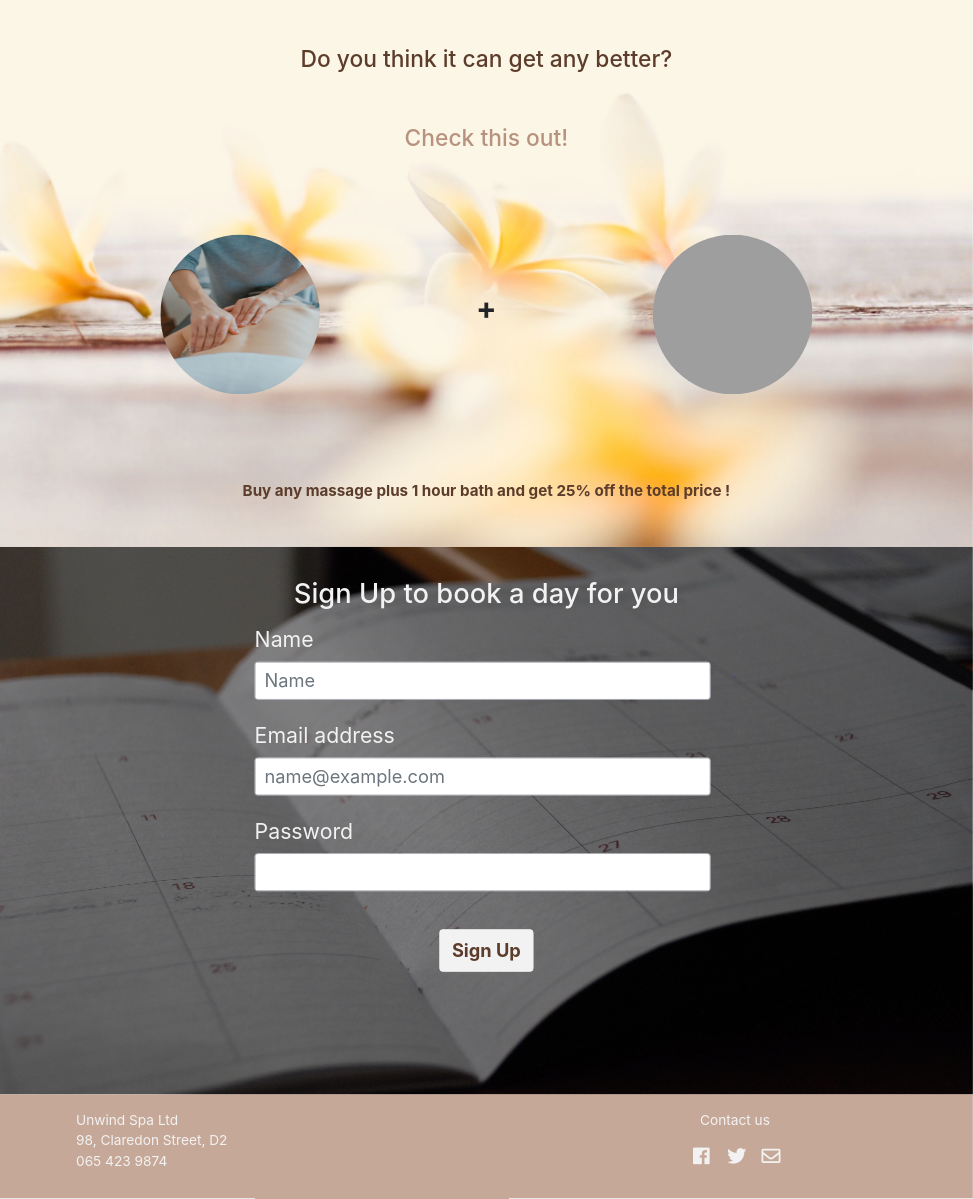
Repository: Code-Institute-Submissions/spa-website
Page: index.html
The author's editor kept a record of every edit. The page is drawn from the files as they stood at one moment, then again after the next edit.
The browser window is 1280 px wide. The pictures show the part of the page from y = 3151 to 4728 px (the page is 4728 px tall), at 76% of full size.
Pictures or frames that could not be fetched are drawn as grey boxes. Backgrounds fixed to the window are drawn as part of the page. Some web libraries are served in a nearby version.

Above is the page before.

### index.html
<!DOCTYPE html>
<html lang="en">

<head>
  <meta charset="UTF-8">
  <meta name="viewport" content="width=device-width, initial-scale=1.0">
  <meta http-equiv="X-UA-Compatible" content="ie=edge">
  <link rel="stylesheet" href="https://use.fontawesome.com/releases/v5.1.1/css/all.css" integrity="sha384-O8whS3fhG2OnA5Kas0Y9l3cfpmYjapjI0E4theH4iuMD+pLhbf6JI0jIMfYcK3yZ" crossorigin="anonymous">
  <link href="https://fonts.googleapis.com/css?family=Nobile" rel="stylesheet">
  <link rel="stylesheet" href="assets/css/style.css" type="text/css" />
  <link rel="stylesheet" href="https://stackpath.bootstrapcdn.com/bootstrap/4.3.1/css/bootstrap.min.css" integrity="sha384-ggOyR0iXCbMQv3Xipma34MD+dH/1fQ784/j6cY/iJTQUOhcWr7x9JvoRxT2MZw1T" crossorigin="anonymous">
  <title>Spa Website</title>
</head>

<body>


  <!--------------------------Navigation Section---------------------------->

  <nav class="navbar navbar-expand-lg navbar-light fixed-top">
    <div class="container">
      <div>
        <ul class="navbar-nav ml-auto toptitle">
          <li class="nav-item">
            <a class="navbar-brand" href="#home">Unwind</a>
          </li>
        </ul>
      </div>
      <button class="navbar-toggler" type="button" data-toggle="collapse" data-target="#navbarcontent" aria-controls="navbarcontent" aria-expanded="false" aria-label="Toggle navigation">
            <span class="navbar-toggler-icon"></span>
        </button>

      <div class="collapse navbar-collapse" id="navbarcontent">
        <ul class="navbar-nav ml-auto">
          <li class="nav-item active">
            <a class="nav-link" href="#">Home
                        <span class="sr-only">(current)</span>
                    </a>
          </li>
          <li class="nav-item">
            <a class="nav-link" href="#about">About</a>
          </li>
          <li class="nav-item">
            <a class="nav-link" href="#massage">Massage</a>
          </li>
          <li class="nav-item">
            <a class="nav-link" href="#bathing">Bathing</a>
          </li>
          <li class="nav-item">
            <a class="nav-link" href="#offer">Offer</a>
          </li>
        </ul>
      </div>
    </div>
  </nav>

  <!-------------------------------Landing Page------------------------------>

  <div class="home-area" id="home">
    <div class="container-fluid">
      <div class="row">
        <div class="col-md-12">
          <div class="home-text">
            <h1 id="titlepg">Take time for yourself</h1>
          </div>
          <div class="button">
            <button type="button" class="btn-btn-primary btn-lg" id="buttonpg">Book Now</button>
          </div>
        </div>
      </div>
    </div>
  </div>


  <!--------------------------------About us--------------------------------->

  <section id="about-us" class="about-us">
    <div id="container-fluid">
      <div class="row no-gutters">
        <div class="col-12 col-md-6 d-flex align-items-center order-1 order-md-0">
          <div class="abouttxt">
            <h2 class="important">About us</h2>
            <div class="description">
              <p>Our Amazing Spa is on the Market for 13 years, located in the heart of Dublin City Center for easy access.</p>
              <p>We're always updating ourselves to provide the best treatments available for you to have your deserved time to relax!</p>
              <div class="details">
                <p>Opening Times</p>
                <p>Mon-Sat 9am-7pm</p>
                <p>Location</p>
                <p>98,Claredon Street,Dublin 2</p>
              </div>
            </div>
          </div>
        </div>
        <div class="col-12 col-md-6 order-0 order-md-1" id="about">
        </div>
      </div>
    </div>

  </section>




  <!------------------------------------Massage-------------------------------->

  <section id="massage" class="massage">
    <div class="container-fluid">
      <div class="row">
        <div class="col-12 col-md-6 order-0 order-md-2" id="cover">
        </div>
        <div class="col-12 col-md-6 d-flex align-items-center order-3">
          <div id="masstop">
            <h2 class="titlemass">Massage</h2>
            <div id="secondline">
              <p>Choose what suits you by type and intensity</p>
            </div>
            <div class="containerlist">
              <div class="row">
                <div class="col-12 col-md-6">
                  Trigger point
                </div>
                <div class="col-12 col-md-6" id="bar">
                  <div class="progress">
                    <div class="progress-bar-low" role="progressbar" style="width: 25%" aria-valuenow="10" aria-valuemin="0" aria-valuemax="100">low</div>
                  </div>
                </div>
              </div>

              <div class="row">
                <div class="col-12 col-md-6">
                  Swedish
                </div>
                <div class="col-12 col-md-6" id="bar1">
                  <div class="progress">
                    <div class="progress-bar-medium" role="progressbar" style="width: 50%" aria-valuenow="10" aria-valuemin="0" aria-valuemax="100">medium</div>
                  </div>
                </div>
              </div>


              <div class="row">
                <div class="col-12 col-md-6">
                  Deep Tissue
                </div>
                <div class="col-12 col-md-6" id="bar2">
                  <div class="progress">
                    <div class="progress-bar-high" role="progressbar" style="width: 100%" aria-valuenow="10" aria-valuemin="0" aria-valuemax="100">high</div>
                  </div>
                </div>
              </div>

              <div class="row">
                <div class="col-12 col-md-6">
                  Hot Stone
                </div>
                <div class="col-12 col-md-6" id="bar3">
                  <div class="progress">
                    <div class="progress-bar-high" role="progressbar" style="width: 100%" aria-valuenow="10" aria-valuemin="0" aria-valuemax="100">high</div>
                  </div>
                </div>
                <div class="circles">
                  <div class="row">
                    <div class="col-12">
                      <span><i class="fas fa-square" id="low-square"></i> 45 minutes - €45,00</span><br>
                      <span><i class="fas fa-square" id="medium-square"></i> 60 minutes - €55,00</span><br>
                      <span><i class="fas fa-square" id="high-square"></i> 30 minutes - €65,00</span>
                    </div>
                  </div>
                </div>
              </div>
            </div>
          </div>
        </div>
      </div>
    </div>
  </section>



  <!------------------------------------Bathing------------------------------>

  <section id="bathing" class="bathing">
    <div id="hero-bath">
      <div id="hero-overlay-bath">
        <div class="container-fluid" id="text-bath-content">
          <div class="row" id="rowbath">
            <div class="col-12">
              <div id="bath-title">
                <h2 class="titlebath">Deluxe Bathing Room</h2>
              </div>
              <div id="textbath">
                <span><i class="fa fa-user-alt"></i>1 hour bath for one person- €45,00</span>
                </br>
                <span><i class="fa fa-user-friends"></i> 1 hour bath for a couple- €60,00</span>
              </div>
              <p class="bottom"> Need extra time? 50% off on the next hour</p>
            </div>
          </div>
        </div>
      </div>
    </div>
    </div>
  </section>




  <!------------------------------------Offer-------------------------------->
  <section id="offer" class="offer">
    <div id="hero-offer">
      <div class="container" id="wrapoffer">
        <h2 id="top">Do you think it can get any better?</h2>
        <h3 id="secondtop">Check this out!</h3>
        <div class="row" id="roundpics">

          <div class="col-sm-5">
            <img src="images/massagepic.jpg" class="rounded-circle" alt="massage">
          </div>
          <div class="col-sm-2">
            <p id="signplus">+</p>
          </div>
          <div class="col-sm-5">
            <img src="./images/bath.jpg" class="rounded-circle" alt="bath">
          </div>
          <p class="offermsg">Buy any massage plus 1 hour bath and get 25% off the total price !</p>
        </div>
      </div>
    </div>
  </section>

  <!------------------------------------Form--------------------------------->
  <section id="form" class="form">
    <div id="hero-cal">
      <div id="hero-overlay-cal">
        <div class="container-fluid" id="wrapform">
          <div class="row" id="formrow">
            <div class="col-md-12">
              <h2 class="formt">Sign Up to book a day for you</h2>
              <form>
                <div class="form-group ">
                  <label for="name">Name</label>
                  <input type="email" class="form-control" id="name" placeholder="Name" required>
                </div>
                <div class="form-group">
                  <label for="emailaddress">Email address</label>
                  <input type="email" class="form-control" id="emailaddress" placeholder="name@example.com" required>
                </div>
                <div class="form-group">
                  <label for="pwd">Password</label>
                  <input type="password" class="form-control" id="pwd">
                </div>
                <button type="submit" class="btn btn-primary btn-lg" id="buttonform">Sign Up</button>
              </form>
            </div>
          </div>
        </div>
      </div>
    </div>
  </section>

  <!-----------------Footer------------------->
  <div class="footer-main-div">
    <div class="container-fluid">
      <div class="row">
        <div class="col-6" id="address">
          <p class="font-color-main">
            Unwind Spa Ltd<br> 98, Claredon Street, D2<br> 065 423 9874</p>
        </div>
        <div class="col-6" id="sicons">
          <p class="font-color-main" id="contact">
            Contact us
          </p>
          <div class="footer-social-icons">
            <ul>
              <li><a href="https://www.facebook.com"><i class="fab fa-facebook"></i></a></li>
              <li><a href="https://twitter.com"><i class="fab fa-twitter"></i></a></li>
              <li><a href="mailto:unwindnow@gmail.com"><i class="far fa-envelope"></i></a></li>
            </ul>
          </div>
        </div>
      </div>
    </div>
  </div>
  <!---------------------------------------end---------------------------->
  <script src="https://code.jquery.com/jquery-3.4.1.js"></script>
  <script src="https://cdnjs.cloudflare.com/ajax/libs/popper.js/1.15.0/umd/popper.min.js"></script>
  <script src="https://stackpath.bootstrapcdn.com/bootstrap/4.3.1/js/bootstrap.min.js"></script>
</body>

</html>

### assets/css/style.css
@import url('https://fonts.googleapis.com/css?family=Montserrat:400,700');

body {
  overflow-x: hidden;
  margin: 0 auto;
  height: 100%;
  width: 100%;
  position: relative;
}

/*-----Navigation bar----*/

nav {
  color: #f1f1f1;
  background-color: #C6A898;
}

.navbar-brand {
  height: 2rem;
  color: #f2f2f2;
  font-family: segoe print;
  font-size: 32px;
  padding-bottom: 30px;
}

.toptitle {
  list-style: none;
}




/*------Landing Page----*/

.home-area {
  background: url('../../images/landing.jpg');
  background-position: center center;
  -webkit-background-size: cover;
  background-size: cover;
  height: 100vh;
  overflow-x: hidden;
}

.home-text {
  margin: 0 auto;
  text-align: center;
  height: auto;
}

#titlepg {
  font-size: 84px;
  padding: 30px;
  color: #C6A898;
  text-shadow: 2px 1px 2px black;
  height: auto;
}

#buttonpg {
  background-color: #f2f2f2;
  color: #5C3C2A;
  border-color: #f2f2f2;
  font-weight: bold;
  display: block;
  margin: 0 auto;
  margin-top: 10%;
}

@media (max-width:320px) {
  #titlepg {
    margin-top: 20%;
    font-size: 68px;

  }

  #buttonpg {
    margin-top: 5%;
    margin-bottom: 10%;
  }
}

@media (min-width:340px) and (max-width:360px) {
  #titlepg {
    margin-top: 30%;
    font-size: 72px;

  }

  #buttonpg {
    margin-top: 15%;
    margin-bottom: 10%;
  }
}

@media (min-width: 370px) and (max-width: 380px) {
  #titlepg {
    margin-top: 30%;
    font-size: 72px;
    height: auto;

  }

  #buttonpg {
    margin-top: 15%;
    margin-bottom: 10%;
    height: auto;
  }
}

@media (min-width: 400px) and (max-width: 413px) {
  #titlepg {
    margin-top: 40%;
  }

  #buttonpg {
    margin-top: 20%;
    margin-bottom: 20%;
  }
}

@media (min-width: 414px) and (max-width:590px) {
  #titlepg {
    margin-top: 30%;
  }

  #buttonpg {
    margin-top: 30%;
    margin-bottom: 10%;
  }
}

@media (min-width: 600px) {
  #buttonpg {
    margin-top: 20%;
    font-size: 36px;
    padding: 14px 40px;
  }

  #titlepg {
    margin-top: 40%;
  }
}



@media (min-width: 1100px) {
  #titlepg {
    margin-top: 130px;
  }

  #buttonpg {
    margin-top: 150px;
  }
}






/*--------------About Us----------*/

#about {
  background-attachment: fixed;
  background-image: url(' ../../images/aboutus.jpg');
  background-size: cover;
  background-repeat: no-repeat;
  position: relative;
  padding: 30px;
}

.about-us {
  background-color: #C6A898;
  margin: 0px;
}

.abouttxt {
  margin: 30px;

}

.important {
  padding: 40px 30px 40px;
  text-align: center;
  color: #5C3C2A;
  font-size: 54px;
  line-height: 44px;
}

.description p {
  padding: 0px 30px 20px;
  text-align: left;
  font-size: 24px;
  color: #5C3C2A;
  line-height: 40px;

}

.details {

  bottom: 0;
  padding-top: 10%;
  font-size: 1rem;

}

.details p {
  text-align: left;
  color: #5C3C2A;

}

@media (min-width: 700px) and (max-width: 1000px) {
  .description p {
    line-height: 30px;

  }
}

@media (min-width: 100px) and (max-width:770px) {
  #about {
    height: 100vh;
  }
}


/*------------------Massage---------------*/

#cover {
  background-attachment: fixed;
  background-image: url('../../images/massagepic.jpg');
  background-size: cover;
  background-repeat: no-repeat;
  position: relative;
  padding: 30px;
  margin: 0px;
  width: 100%;
}



#massage {
  background-color: #BCBABA;
  color: #f2f2f2;
  margin: 0px;
}

#masstop {
  margin: 30px;
}

.titlemass {
  font-size: 54px;
  color: #f2f2f2;
  text-align: center;
  padding: 40px 30px 40px;

}

#secondline {
  font-size: 24px;
  color: #f2f2f2;
  text-align: center;
}

.containerlist {
  width: 100%;
  height: 100%;
  font-size: 24px;
  line-height: 70px;
  padding: 30px;
}

#bar,
#bar1,
#bar2,
#bar3 {
  margin-top: 30px;
}

.progress-bar-low {
  background-color: #EFAE9E;
  color: #f2f2f2;
}

.progress-bar-medium {
  background-color: #F18C76;
}

.progress-bar-high {
  background-color: #FE6640;
}

.circles {
  padding-top: 30px;
}

#low-square {
  color: #EFAE9E;
}

#medium-square {
  color: #F18C76;
}

#high-square {
  color: #FE6640;
}

tbody {
  font-weight: normal;
  font-size: 36px;
  color: #f2f2f2;
}

thead {
  font-size: 36px;
  color: #f2f2f2;
}



@media (max-width: 320px) {
  .containerlist {
    font-size: 18px;
    padding-right: 60px;
  }

  #secondline {
    padding-right: 35px;
  }

  .circles {
    padding-left: 15px;
  }

}

@media (max-width: 600px) {
  #cover {
    height: 100vh;
  }

}

@media (min-width: 700px) and (max-width:1000px) {
  .containerlist {
    padding: 10px;
  }
}



/*------------Bathing---------*/

bathing {
  margin: 0px;
  padding: 0px;

}

#hero-bath {
  background-image: url('../../images/bath.jpg');
  background-size: cover;
  background-position: center center;
  position: relative;
  top: 0;
  bottom: 0;
  height: 100vh;
  z-index: -10;
}

#hero-overlay-bath {
  position: absolute;
  background-color: rgba(0, 0, 0, 0.5);
  top: 0px;
  bottom: 0px;
  height: 100%;
  width: 100%;
  z-index: -5;
}

#rowbath {
  height: 100%;
}

#text-bath-content {
  margin: 0px;
  position: relative;
  height: 100%;
  width: 100%;

}

#bath-title {
  color: #f1f1f1;
  text-align: center;
  padding-top: 55px;
  font-size: 68px;

}

#textbath {
  color: #f1f1f1;
  padding-top: 55px;
  padding-left: 10px;
}

.bottom {
  color: #f1f1f1;
  text-align: center;
  margin-top: 250px;

}

@media (min-width:374px) and (max-width:767px) {
  #textbath {
    padding-top: 120px;
    font-size: 18px;
  }

  .bottom {
    margin-top: 350px;
    font-size: 18px;
  }
}

@media (min-width:768px) and (max-width:1023px) {

  .titlebath {
    font-size: 46px;
    padding-top: 50px;
  }

  #textbath {
    padding-top: 200px;
    font-size: 36px;
    padding-left: 20px;
  }

  .bottom {
    font-size: 36px;
    margin-top: 400px;
  }
}

@media (min-width:1023px) and (max-width:1026px) {
  .titlebath {
    font-size: 50px;
    padding-top: 50px;
  }

  #textbath {
    font-size: 36px;
    padding-left: 40px;
    padding-top: 250px;

  }

  .bottom {
    font-size: 36px;
    padding-top: 450px;

  }
}

@media (min-width:1100px) {
  .titlebath {
    font-size: 50px;

  }

  #textbath {
    font-size: 24px;
    padding-left: 40px;


  }

  .bottom {
    font-size: 24px;

  }
}


/*-----------Offer----------*/

#hero-offer {
  background-image: url('../../images/backgroundflwr.jpg');
  background-size: cover;
  background-position: center center;
  position: relative;
  top: 0;
  bottom: 0;
  height: 100vh;
  z-index: -10;
}

.container {

  align-items: center;
  width: 100%;


}

.title {
  margin-top: auto;
}

#top {
  font-size: 30px;
  color: #5C3C2A;
  text-align: center;
  padding-top: 5px;
}

#secondtop {
  font-size: 30px;
  color: #B7927E;
  text-align: center;
}

.offermsg {
  font-size: 18px;
  color: #5C3C2A;
  text-align: center;
  font-weight: bold;


}

#signplus {
  text-align: center;
  font-weight: bold;
  font-size: 40px;

}

#roundpics {
  width: 100%;
  height: 100%;
  margin: 0 auto;
  overflow: hidden;
  align-items: center;
  justify-content: space-around;
  display: flex;
  float: none;
}

.rounded-circle {
  width: 200px;
  height: 200px;
  display: block;
  margin: 0 auto;

}




@media (max-width: 321px) {

  #top,
  #secondtop {
    font-size: 24px;
   }

   #top {
     padding-top: 40px;
   }

  #signplus {
    padding: 0px;
  }

  .rounded-circle {
    width: 120px;
    height: 120px;

  }

  .offermsg {
    font-size: 14px;
    padding-top: 10px;

  }
}

@media (min-width:330px)  {

#wrapoffer {
  height: 70%;
}
 #top {
   padding-top: 40px;
 }

 #roundpics{
   padding-top: px;
 }
  .rounded-circle {
    width: 140px;
    height: 140px;
  }

  .offermsg{
    padding-top: px;
  }
}



@media (min-width: 700px) and (max-width: 1000px) {
  #top,
  #secondtop {
    font-size: 36px;
    padding-top: 80px;
  }

  .rounded-circle {
    width: 260px;
    height: 260px;
    display: block;
    margin: 0 auto;


  }

  #roundpics {
    margin: 0 auto;
    padding-top: 150px;
  }

  .offermsg {
    font-size: 36px;
    margin: 0 auto;
    padding-top: 120px;

  }

}

@media (min-width:1023px) and (max-width:1025px) {
  #top,
  #secondtop {
    font-size: 50px;
    padding-top: 100px;

  }

  .rounded-circle {
    width: 320px;
    height: 320px;
    display: block;
    margin: 0 auto;

  }

  #roundpics {
    margin: 0 auto;
    padding-top: 200px;

  }


  .offermsg {
    font-size: 36px;
    margin: 0 auto;
    padding-top: 240px;

  }
}

@media (min-width:1100px) {
  #top,
  #secondtop {
    font-size: 30px;
    padding-top: 60px;

  }

  .rounded-circle {
    width: 210px;
    height: 210px;
    display: block;
    margin: 0 auto;

  }

  #roundpics {
    margin: 0 auto;
    padding-top: 50px;

  }

  .offermsg {
    font-size: 20px;
    margin: 0 auto;
    padding-top: 10px;

  }

}


/*----------Form----------*/

#hero-cal {
  background-attachment: fixed;
  background-image: url('../../images/calendar.jpg');
  background-size: cover;
  background-position: center center;
  position: relative;
  top: 0;
  bottom: 0;
  height: 100vh;
  z-index: 5;
  overflow: auto;
  width: 100%;

}

#hero-overlay-cal {
  position: absolute;
  background-color: rgba(0, 0, 0, 0.5);
  top: 0;
  bottom: 0;
  right: 0;
  left: 0;
  height: 100%;
  width: 100%;
  overflow: auto;
  z-index: 10;
}

#wrapform {
  height: 70%;
}

.formt {
  color: #f2f2f2;
  font-size: 36px;
  text-align: center;
  padding-top: 20px;
}

.form-group {
  color: #f2f2f2;
  font-size: 30px;
  margin-top: 15px;
}

#buttonform {
  background-color: #f2f2f2;
  color: #5C3C2A;
  border-color: #f2f2f2;
  font-weight: bold;
  display: block;
  margin: 0 auto;
  margin-top: 40px;
  margin-bottom: 40px;
}

@media (min-width:321px) {
  .formt {
    padding-top: 45px;
  }

  #name,
  #emailaddress,
  #pwd {
    width: 330px;
    font-size: 15px;

  }

  .form-group {
    padding-top: 25px;
    margin: 0 auto;
    font-size: 20px;
  }

  #buttonform {
    font-size: 24px;
    margin-top: 50px;
  }
}

@media (min-width:700px) and (max-width:1000px) {
  .formt {
    padding-top: 120px;
  }

  #name,
  #emailaddress,
  #pwd {
    width: 600px;
    font-size: 24px;
  }

  .form-group {
    margin-left: 65px;
    padding-top: 60px;
  }

  #buttonform {
    font-size: 24px;
  }
}

@media (min-width:1001px) and (max-width:1099px) {
  .formt {
    padding-top: 120px;
    font-size: 54px;
  }

  #name,
  #emailaddress,
  #pwd {
    width: 600px;
    font-size: 36px;
  }

  .form-group {
    margin-left: 180px;
    padding-top: 80px;
    font-size: 36px;
  }

  #buttonform {
    font-size: 36px;
    margin-top: 150px;
  }
}

@media (min-width: 1100px) {
  .formt {
    padding-top: 40px;
    font-size: 36px;
  }

  #name,
  #emailaddress,
  #pwd {
    width: 600px;
    font-size: 24px;
  }

  .form-group {
    margin-left: 320px;
    padding-top: 10px;
    font-size: 28px;
  }

  #buttonform {
    font-size: 24px;
    padding-top: 10px;
  }
}



/*--------Footer------*/

.footer-main-div {
  position: relative;
  left: 0;
  bottom: 0;
  width: 100%;
  background: #C6A898;
  padding: 20px 0px;
}

#address {
  color: #f2f2f2;
  font-size: 18px;
  padding-left: 30px;
}

#sicons {
  color: #f2f2f2;
  font-size: 18px;
  width: 100%;
  text-align: center;
  padding-bottom: 10px;
}

.footer-social-icons {
  width: 100%;

}

.footer-social-icons ul {
  margin: 0px;
  padding: 0px;
}

.footer-social-icons ul li {
  display: inline-block;
  width: 20px;
  height: 20px;
  margin: 0px 10px;
  border-radius: 100%;
  background: #C6A898;
}

.footer-social-icons ul li a {
  color: #f2f2f2;
  font-size: 25px;
}

.footer-social-icons ul li a i {
  line-height: 30px;
}

@media (min-width:760px) {
  #address {
    padding-left: 100px;
  }
}

@media (min-width:1024px) {
  #sicons {
    padding-right: 1px;
  }
}

After the next edit:
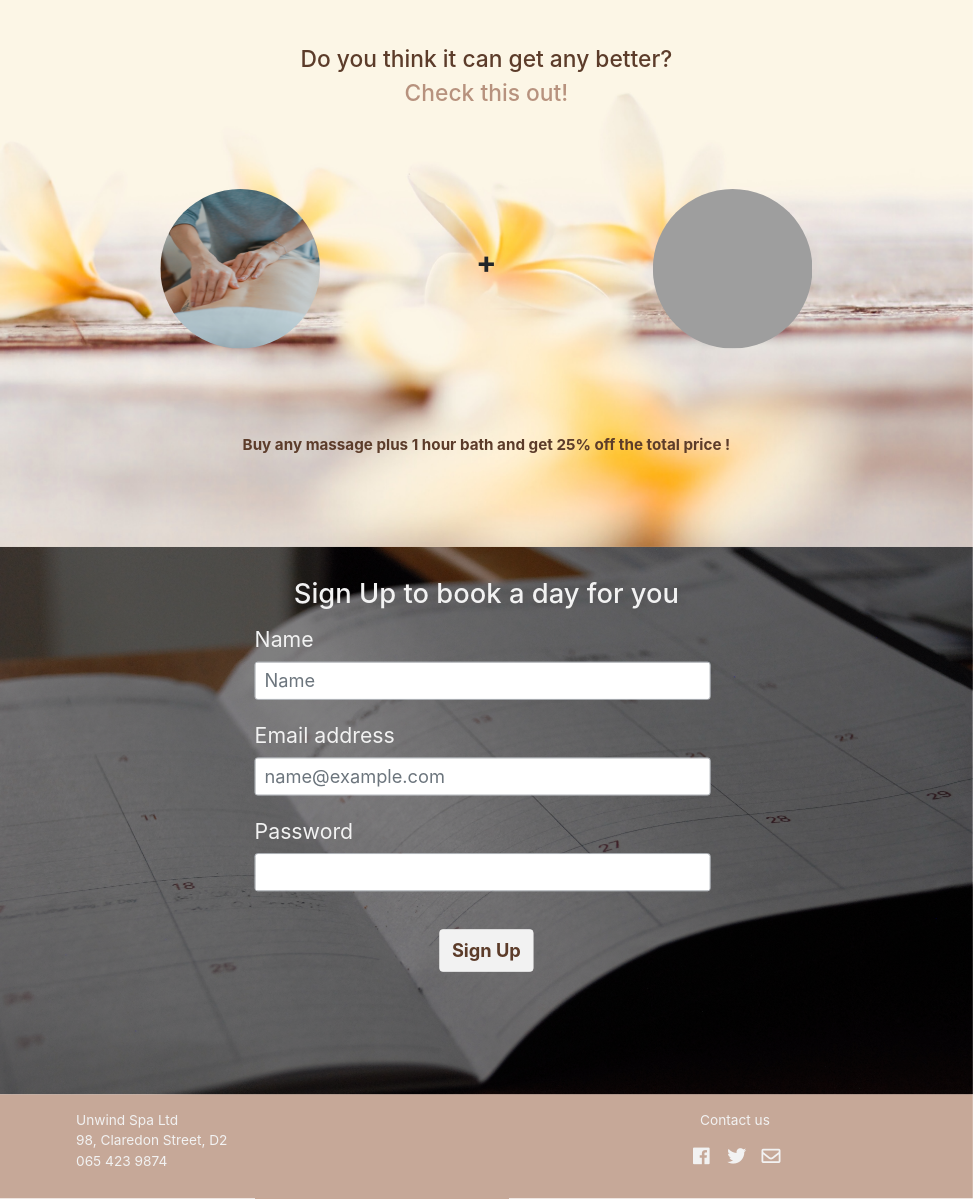
The edit:
--- a/assets/css/style.css
+++ b/assets/css/style.css
@@ -676,10 +676,11 @@
   #top,
   #secondtop {
     font-size: 30px;
-    padding-top: 60px;
-
-  }
-
+  }
+
+#top {
+  padding-top: 60px;
+}
   .rounded-circle {
     width: 210px;
     height: 210px;
